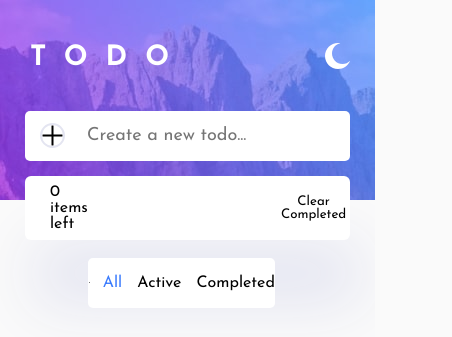
Repository: Haviles04/todoapp
Page: /
The author's editor kept a copy of each file at every save. The page is drawn from the files as they stood at one save, then again after the next save.
The browser window is 375 px wide. The page is 375 px wide, then 452 px, then 375 px, so the pictures cover 452 px, including what lies to the right of the window. The pictures show the whole page.
The project was rebuilt for these pictures with package versions that can differ from the ones it lists, and the page was loaded fresh each time.

Above is the page before, as saved 2022-10-24 16:30:30.

After the next save:
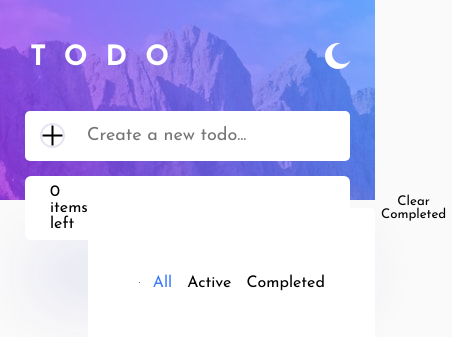
Saved 9 s later.
--- a/src/components/optionsFooter/optionsFooter.css
+++ b/src/components/optionsFooter/optionsFooter.css
@@ -51,6 +51,7 @@
         display: flex;
         justify-content: center;
         width: 350px;
+        padding: 50px;
         height: 50px;
         top:75px;
         background-color: white;

After the save that followed:
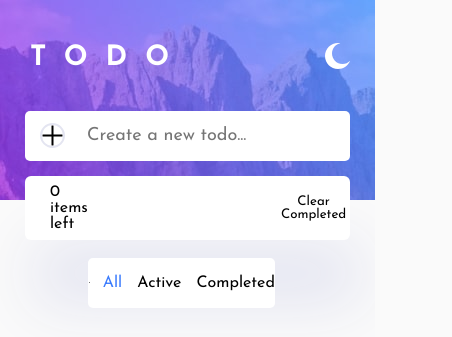
Saved 5 s later.
--- a/src/components/optionsFooter/optionsFooter.css
+++ b/src/components/optionsFooter/optionsFooter.css
@@ -51,7 +51,7 @@
         display: flex;
         justify-content: center;
         width: 350px;
-        padding: 50px;
+        padding: 0, 50px;
         height: 50px;
         top:75px;
         background-color: white;
